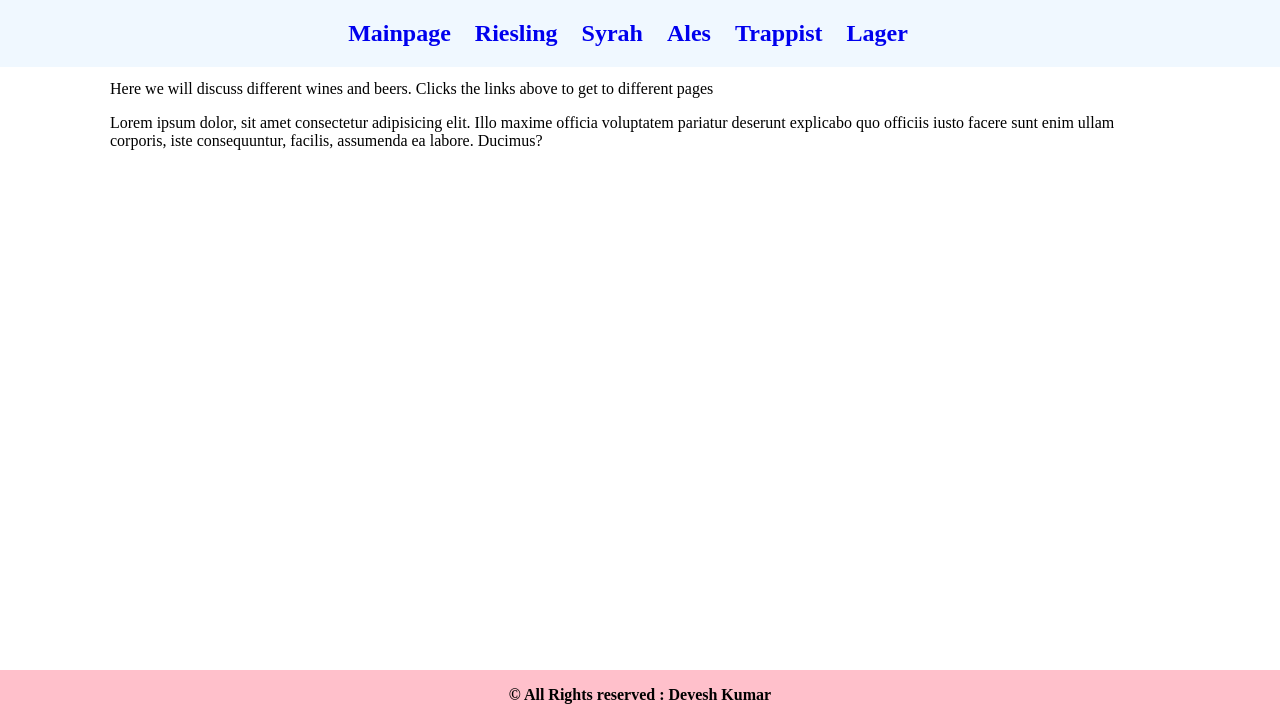
Repository: portretrieve/react-practice
Page: /
The author's editor kept a copy of each file at every save. The page is drawn from the files as they stood at one save, then again after a run of saves.
The browser window is 1280 px wide. The pictures show the whole page.
The project was rebuilt for these pictures with package versions that can differ from the ones it lists, and the page was loaded fresh each time. Also part of the build but not shown: src/wines/Riesling.js, src/wines/Syrah.js, src/beers/Ale.js, src/beers/Lager.js, src/beers/Trappist.js.

Above is the page before, as saved 2021-08-26 20:00:05.

After the next 2 saves:
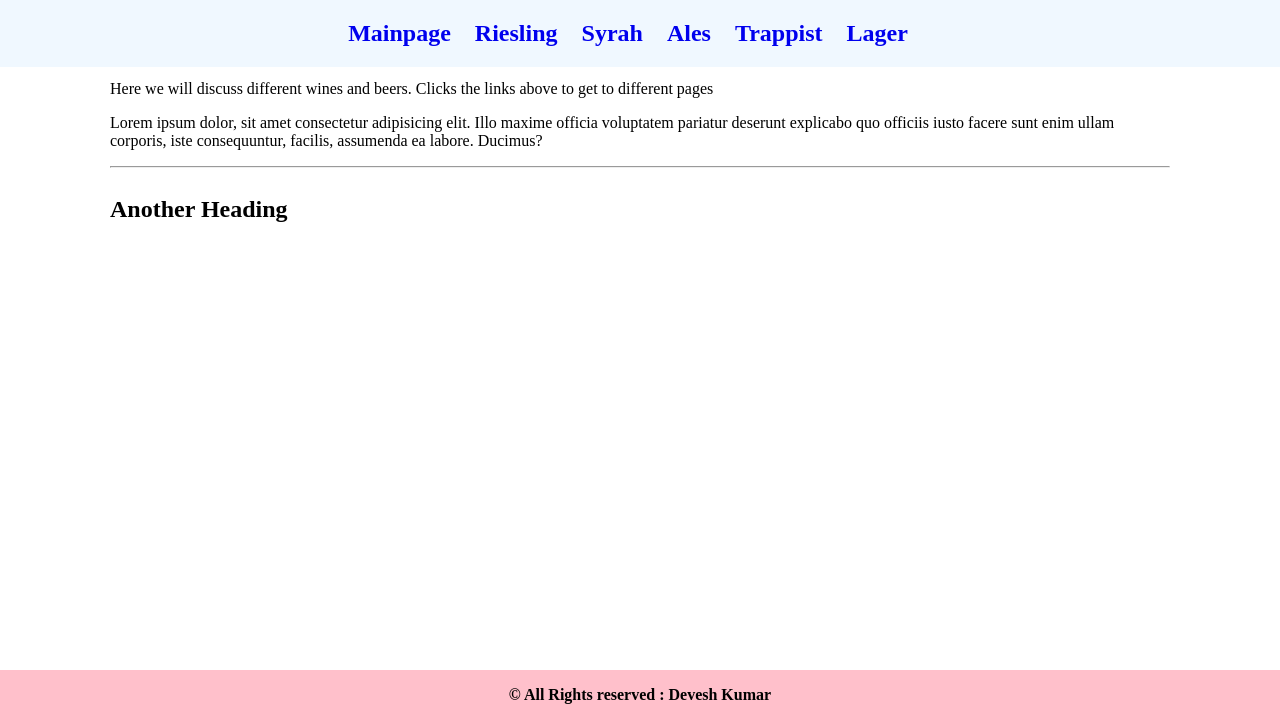
The 2 saves are shown as one change because they came seconds apart.
The last was saved 70 s later.
--- a/src/MainPage.js
+++ b/src/MainPage.js
@@ -14,6 +14,8 @@ function MainPage() {
         sunt enim ullam corporis, iste consequuntur, facilis, assumenda ea
         labore. Ducimus?
       </p>
+      <hr />
+      <h2>Another Heading</h2>
     </div>
   );
 }
